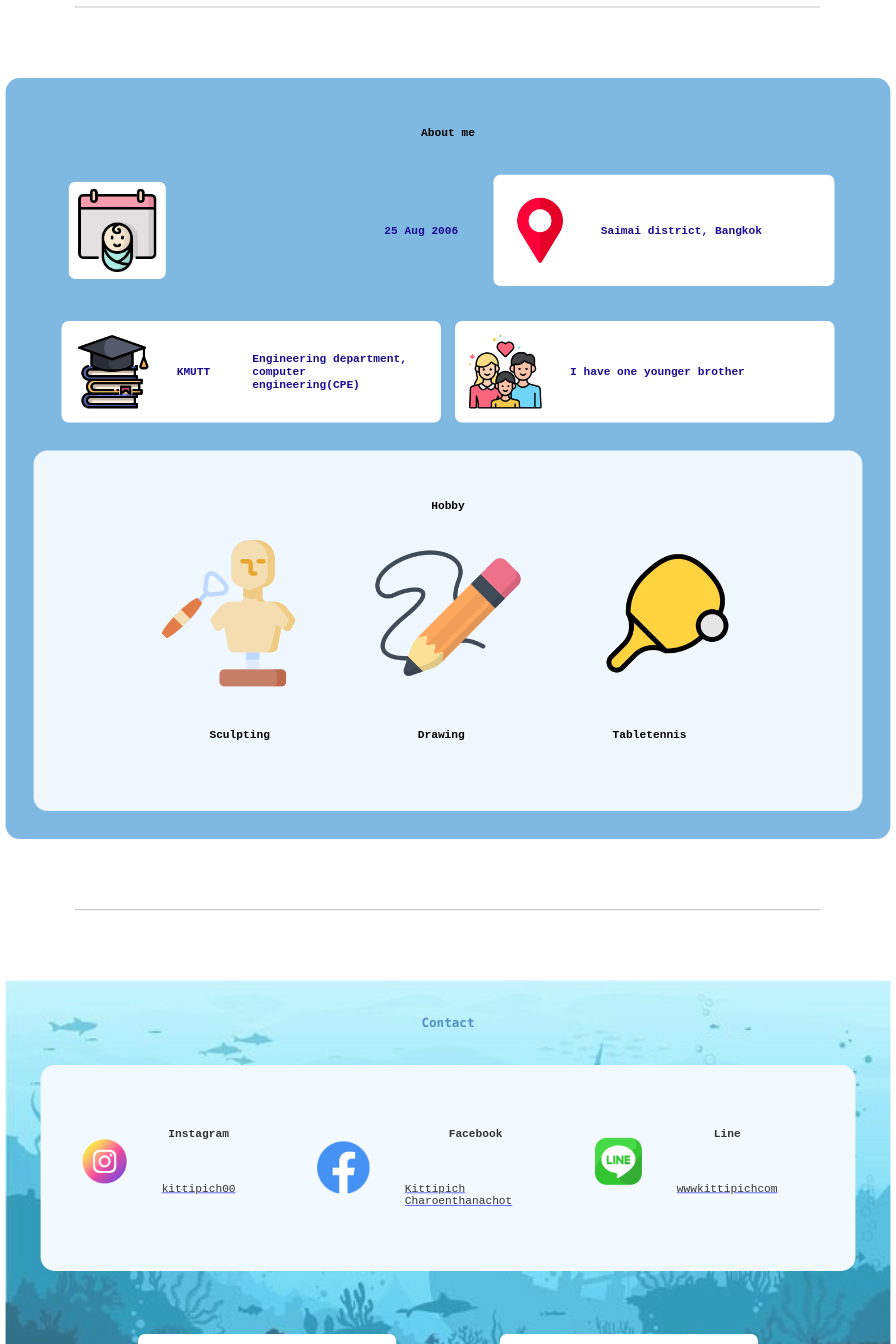
Repository: kittipichcha/Port1
Page: page1.html
An editor plug-in stored every save of this project. The page is shown before and after the next save, followed by the edit.
The browser window is 1280 px wide. The pictures show the part of the page from y = 951 to 2871 px (the page is 4639 px tall before and 4619 px after), at 70% of full size.
Pictures or frames that could not be fetched are drawn as grey boxes.

Above is the page before, as saved 2024-10-15 23:11:42.

### page1.html
<!DOCTYPE html>
<html>
<head>
  <title>Home</title>
  <link rel="stylesheet" href="style.css">
</head>
<body>
  <nav class = "background">
    <ul class = "textButton">
      <li><a href="#section1">About me</a></li>
      <li><a href="#section2">Contact</a></li>
      <li><a href="#section3">Education</a></li>
      <li><a href="#section4">Skill</a></li>
    </ul>
  </nav>

  <div class = "widget background" style = "background-image: url('underSea.jpg'); opacity:80%; align-content:space-between;">
    <div class = "widget1" style="margin: 100px; justify-content: center; background-color:aliceblue; border-radius: 20px; width:40%;">
      <h1 class="textGeneral" style="font-size: larger;"> Portfolio </h1>
      <h1 class="textTopic" style = "margin: 10px"> " </h1>
      <h2 class="textGeneral"> "No one is perfect" </h2>
      <h2 class="textGeneral"> "Now is the best time" </h2>
      <h2 class="textGeneral"> "There's still tomorrow" </h2>
      <h1 class="textTopic"> " </h1>
    </div>
    <div class = "container" style = "width: 70%;">
      <img class = "icon" src = "/icon/baby.png" class = "icon" style = "width: 70%; margin:30px">
      <div class = "overlay" style = "width: 60%;">
        <h1 class = "textImage"> My name is Kittipich Charoenthanachot. </h1>
      </div>
    </div>
  </div>

  <hr class="space">

  <!-- About me -->
  <section id="section1">
    <div class = "backgroundColor">
      <h1 class = "textGeneral" style="justify-content: center;"> About me </h1>
      <div class = "widget">
        <!-- born -->
        <div>
          <img class = "image icon2" src="icon\baby.png" alt="Logo">
          <h3 class = "textGeneral" style = "color: rgb(27, 14, 149);"> 25 Aug 2006 </h3>
        </div>
        <!-- live -->
        <div class = "icon2" style = "justify-content: flex-start; width:50%">
          <img class = "image" src="icon\placeholder.png" alt="Place">
          <h3 class = "textGeneral" style = "color: rgb(27, 14, 149);"> Saimai district, Bangkok </h3>
        </div>
        <br class = "space1">
      </div>
      <div class = "widget">
        <!-- study -->
        <div class = "icon2" style = "justify-content: flex-start; width:50%">
          <img class = "image" src="icon\graduation.png" alt="Logo">
          <h3 class = "textGeneral" style = "color: rgb(27, 14, 149);"> KMUTT </h3>
          <h4 class = "textGeneral" style = "color: rgb(27, 14, 149);"> Engineering department, computer engineering(CPE)</h4>
        </div>

        <!-- family -->
        <div class = "icon2" style = "justify-content: flex-start; width:50%">
          <img class = "image" src="icon\family.png" alt="Logo">
          <h3 class = "textGeneral" style = "color: rgb(27, 14, 149);"> I have one younger brother </h3>
        </div>
      </div>
      <!-- hobby -->
      <div class = "backgroundColor" style = "background-color: aliceblue;">
        <h1 class = "textGeneral" style = "justify-content: center;"> Hobby </h1>
        <div class = "widget">
          <img class = "image" style = "width:20%;" src="icon\sculpt.png" alt="Logo">
          <img class = "image" style = "width:20%;" src="icon\pencil.png" alt="Logo">
          <img class = "image" style = "width:20%;" src="icon\game.png" alt="Logo">
        </div>
        <div class = "widget">
          <h2 class = "textGeneral"> Sculpting </h2>
          <h2 class = "textGeneral"> Drawing </h2>
          <h2 class = "textGeneral"> Tabletennis </h2>
        </div>
      </div>
    </div>
  </section>

  <hr class="space">
  <!-- Contact -->
  <section id="section2"  class = "background" style = "background-image: url('underSea1.jpg');">
    <h1 class = "textTopic" style="font-size: large; color:rgb(41, 114, 179)"> Contact </h1>
    <div class = "widget backgroundColor" style="align-items: flex-start; background-color:aliceblue;">
      <div style = "justify-content: flex-start;">
        <img class = "image" src="icon\instagram.png" alt="Logo">
        <div class = "widget1">
          <h2 class = "textGeneral"> Instagram </h2>
          <a href="https://www.instagram.com/">
            <p class = "textGeneral"> kittipich00 </p>
          </a>
      </div>
      </div>

      <div style = "justify-content: flex-start;">
        <img class = "image" src="icon\facebook.png" alt="Logo">
        <div class = "widget1">
          <h2 class = "textGeneral"> Facebook </h2>
          <a href="https://www.facebook.com/">
            <p class = "textGeneral"> Kittipich Charoenthanachot</p>
          </a>
        </div>
      </div>

      <div style = "justify-content: flex-start;">
        <img class = "image" src="icon\line.png" alt="Logo">
        <div class = "widget1">
          <h2 class = "textGeneral"> Line </h2>
          <a href="https://www.line.com/">
            <p class = "textGeneral"> wwwkittipichcom </p>
          </a>
        </div>
      </div>
    </div>
    <div class = "space1"> </div>
    <div class = "widget" style="align-items: flex-start;">
      <div class = "icon2" style = "justify-content: flex-start;">
        <img class = "image" src="https://cdn-icons-png.flaticon.com/128/483/483947.png" alt="Logo">
        <div>
          <h2 class = "textGeneral" style = "color:  rgb(55, 118, 174);"> Call </h2>
          <p> 0918942805 </p>
        </div>
      </div>

      <div class = "icon2" style = "justify-content: flex-start";>
        <img class = "image" src="https://cdn-icons-png.flaticon.com/128/5968/5968756.png" alt="Logo">
        <div>
          <h2 class = "textGeneral" style = "color:  rgb(55, 118, 174);"> Discord </h2>
          <p> monkey6424 </p>
        </div>
      </div>
    </div>
  </section>

  <hr class="space">
  <!-- Education -->
  <section id="section3">
    <h1 class = "textGeneral" style = "font-size: large;  justify-content:center;"> Education </h1>
    <div>
      <div class = "widget" style = "justify-content:space-around;">
        <img class = "image" style = "width:17%" src="icon\logo.png" alt="Logo">
        <br class="space">
        <div class = "widget1" style = "justify-content: center;">
          <h2 class = "textGeneral"> PCSHCS </h2>
          <h2 class = "textGeneral"> Lower secondary school </h2>
        </div>
      </div>

      <div class = "widget" style = "justify-content: space-around;">
        <img class = "image" src="icon\R.jpg" alt="Logo">
        <br class="space">
        <div class = "widget1" style = "justify-content: center;">
          <h2 class = "textGeneral"> SciUS TU SKR </h2>
          <h2 class = "textGeneral"> Higher secondary school </h2>
        </div>
      </div>

      <div class = "widget" style = "justify-content: space-around;">
        <img class = "image" src="icon\kmutt.jpg" alt="Logo">
        <br class="space">
        <div class = "widget1">
          <h2 class = "textGeneral"> KMUTT </h2>
          <h2 class = "textGeneral"> Bachelor’s degree </h2>
        </div>
      </div>
    </div>
  </section>

  <hr class="space">
  <!-- Skill -->
  <section id = "section4">
    <h2 class = "textGeneral" style = "justify-content: center; font-size:large"> Skill </h2>
    <div class = "widget">
      <div class = "widget1">
          <a href="page2.html">
            <div class = "container">
              <h2 class = "overlay textGeneral" style = "background-color:rgba(240, 248, 255, 0);"> Sculpting  </h2>
              <img class = "icon" style = "width:50%;"src="icon\sculpt.png">
            </div>
          </a>
      </div>

      <div class = "widget1">
        <a href="page3.html">
          <div class = "container">
            <h2 class = "overlay textGeneral" style = "background-color:rgba(240, 248, 255, 0);"> Painting  </h2>
            <img class = "icon" style = "width:50%;"src="icon\paint.png">
          </div>
        </a>
      </div>

      <div class = "widget1">
        <a href="page4.html">
          <div class = "container">
            <h2 class = "overlay textGeneral" style = "background-color:rgba(240, 248, 255, 0);"> Board game</h2>
            <img class = "icon" style = "width:50%;"src="icon\dice.png">
          </div>
        </a>
      </div>

  </section>
</body>
</html>

### style.css
nav {
    background-color: #318b9b;
    padding: 10px;
    display: flex;
    justify-content: flex-end;
    opacity: 80%;
    border-radius: 10px;
}

nav ul li {
    display: inline-block;
}

nav ul li a:hover {
    background-color: #257ab7;
    border-radius: 5px;
    text-decoration: underline;
}

.textButton li a {
    color: #ffffff;
    text-decoration: none;
    font-family: 'Lucida Console', monospace;
    padding: 10px;
}

.textGeneral {
    color: #000000;
    font-size: medium;
    font-family: 'Courier New', monospace;
    margin: 20px;
    padding: 10px;
    display: flex;
    justify-content: left;
}

.textTopic {
    color: #000000;
    text-decoration: none;
    font-family: 'Lucida Console', monospace;
    margin: 30px;
    margin-bottom: 50px;
    display: flex;
    justify-content: center;
}

.widget {
    display: flex;
    justify-content: space-evenly;
    margin: 30px;
}

.widget div {
    display: flex;
    justify-content: space-between;
    align-items: center;
    margin: 10px;
}

.overlay {
    padding: 20px;
    margin: 50px;
    border-radius: 10px;
    position: absolute;
    top: 0;
    bottom: 0;
    left: 0;
    right: 0;
    height: 80%;
    width: 80%;
    opacity: 0;
    transition: .5s ease;
    background-color: #358eac9e;
}

.container {
    position: relative;
}

.container:hover .overlay{
    opacity: 1.6;
}

.container:hover {
    opacity: 0.5;
}

.textImage {
    color: white;
    font-family: 'Courier New', Courier, monospace;
    position: absolute;
    top: 50%;
    left: 50%;
    transform: translate(-50%, -50%);
    -ms-transform: translate(-50%, -50%);
}

.widget div img {
    display: flex;
    justify-content: space-between;
    align-items: center;
    margin: 10px;
}

.widget1 {
    display: flex;
    flex-direction: column;
    justify-content: space-around;
    align-content: space-around;
    margin: 10px;
}



.space {
    display: flex;
    margin: 100px;
}

.space1 {
    display: flex;
    margin: 40px;
}

.icon {
    display: block;
    border: 2px solid #ddd;
    border-radius: 4px;
    width: 30%;
    align-items: center;
    justify-content: center;
}

.icon2 {
    padding: 10px;
    display: block;
    background-color: #ffffff;
    border-radius: 10px;
    width: 30%;
    align-items: center;
    justify-content: center;
}

.image {
    display: block;
    width: 20%;
    align-items: center;
    justify-content: center;
}

.icon2Text {
    display: block;
    border: 2px solid #ddd;
    border-radius: 4px;
    width: 30%;
    align-items: center;
    justify-content: center;
}

.background {
    background-image: url("beach.jpg");
    background-size: cover;
    padding: 20px;
    opacity: 80%;
}

.backgroundColor {
    background-color:#348ecea0;
    border-radius: 20px;
    padding: 40px;
}

.galleryContainer {
    justify-content: center;
}

.galleryContainer img {
    border: 5px solid #ddd;
    border-radius: 10px;
    height: auto;
    width: 20%;
    margin: 10px;
}

.scrollImage {
    background-color: #e0dddd;
    overflow: auto;
    display: flex;
    justify-content: flex-start;
    white-space: nowrap;
}

.scrollImage div img {
    border: 2px solid #ffffff;
    border-radius: 5px;
    height: auto;
    width: 20%;
    margin: 20px;
}

.topicAndPara {
    display: flex;
    flex-direction: column;
    justify-content: flex-start;
}

.topicAndPara:nth-child(n) {
    color: #000000;
    font-size: medium;
    font-family: 'Courier New', monospace;
    margin: 10px;
    padding: 10px;
    display: flex;
    justify-content: left;
}

.button {
    display: flex;
    border: none;
    border-radius: 10px;
    background-image: url("beach.jpg");
    padding: 50px;
    text-align: center;
    text-decoration: none;
    display: inline-block;
    font-family: 'Courier New', monospace;
    color:#ffffff;
    font-size: large;
    text-shadow: 1px 2px black;
    margin: 5px;
    transition-duration: 0.4s;
    cursor: pointer;
}

After the next save:
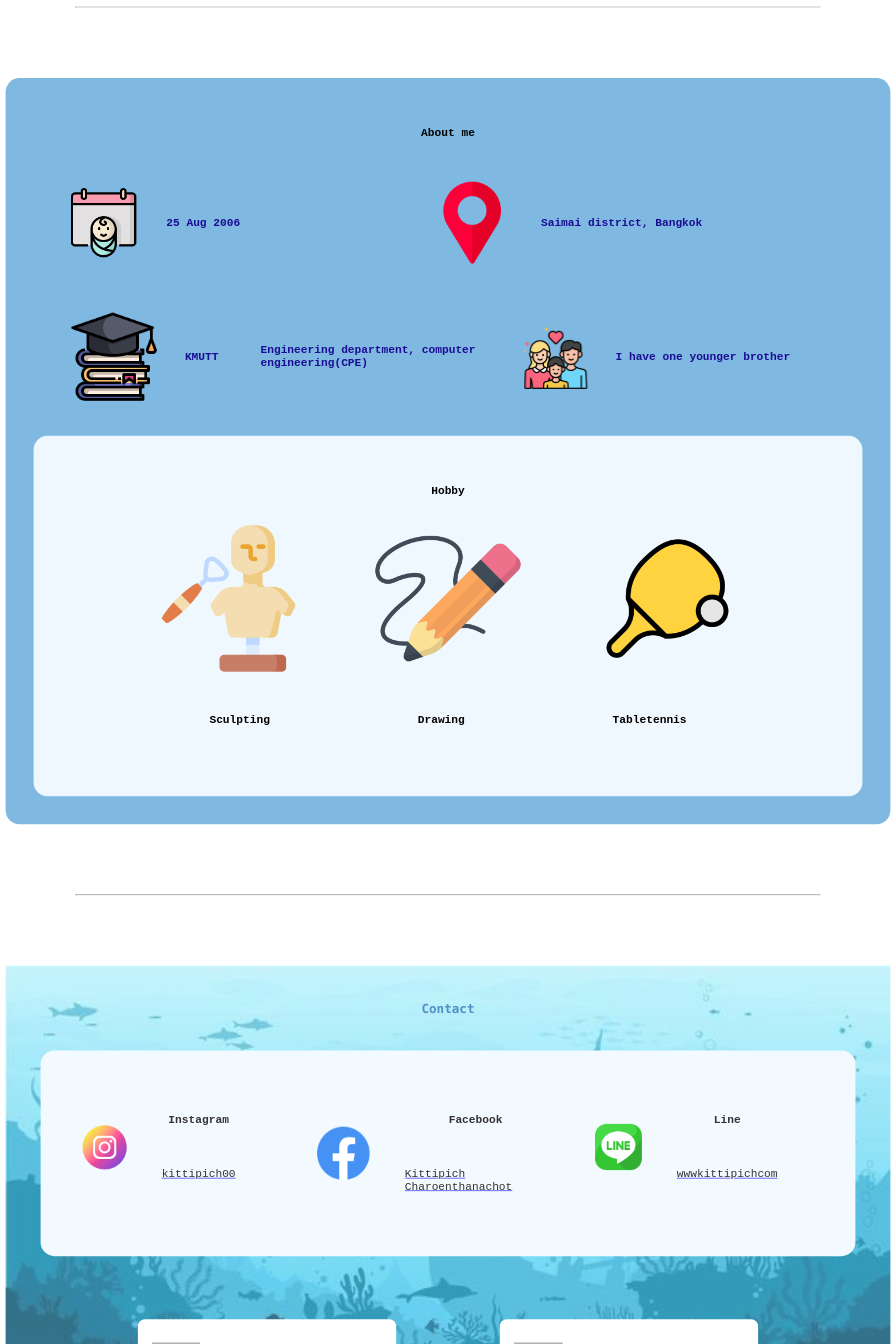
Saved 37 s later.
--- a/page1.html
+++ b/page1.html
@@ -39,12 +39,12 @@
       <h1 class = "textGeneral" style="justify-content: center;"> About me </h1>
       <div class = "widget">
         <!-- born -->
-        <div>
-          <img class = "image icon2" src="icon\baby.png" alt="Logo">
+        <div style = "justify-content: flex-start;">
+          <img class = "image" src="icon\baby.png" alt="Logo">
           <h3 class = "textGeneral" style = "color: rgb(27, 14, 149);"> 25 Aug 2006 </h3>
         </div>
         <!-- live -->
-        <div class = "icon2" style = "justify-content: flex-start; width:50%">
+        <div style = "justify-content: flex-start;">
           <img class = "image" src="icon\placeholder.png" alt="Place">
           <h3 class = "textGeneral" style = "color: rgb(27, 14, 149);"> Saimai district, Bangkok </h3>
         </div>
@@ -52,14 +52,14 @@
       </div>
       <div class = "widget">
         <!-- study -->
-        <div class = "icon2" style = "justify-content: flex-start; width:50%">
+        <div style = "justify-content: flex-start;">
           <img class = "image" src="icon\graduation.png" alt="Logo">
           <h3 class = "textGeneral" style = "color: rgb(27, 14, 149);"> KMUTT </h3>
           <h4 class = "textGeneral" style = "color: rgb(27, 14, 149);"> Engineering department, computer engineering(CPE)</h4>
         </div>
 
         <!-- family -->
-        <div class = "icon2" style = "justify-content: flex-start; width:50%">
+        <div style = "justify-content: flex-start;">
           <img class = "image" src="icon\family.png" alt="Logo">
           <h3 class = "textGeneral" style = "color: rgb(27, 14, 149);"> I have one younger brother </h3>
         </div>
